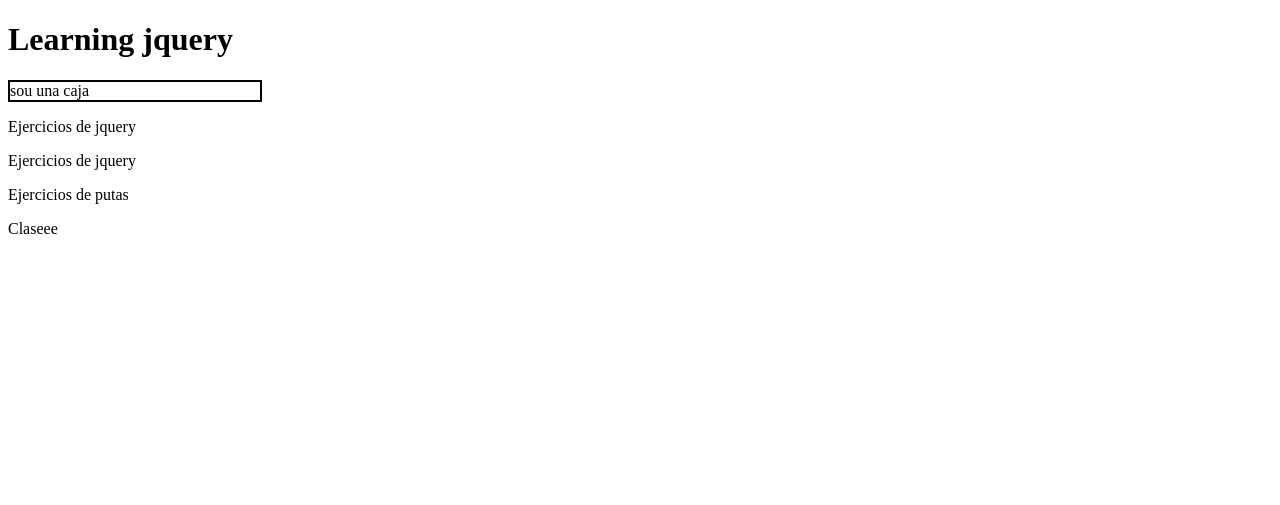
Repository: gitmadacode/practica_javascript
Page: Inicio/jquery/eventos.html
These files come from the project's save history. The page is drawn as it stood at one moment and after the next save; the edit follows.
The browser window is 1280 px wide. The pictures show the whole page.

Above is the page before, as saved 2019-09-13 20:27:48.

### Inicio/jquery/eventos.html
<!DOCTYPE html>
<html lang="en">
<head>
    <meta charset="UTF-8">
    <meta name="viewport" content="width=device-width, initial-scale=1.0">
    <meta http-equiv="X-UA-Compatible" content="ie=edge">
    <!--<script src="https://ajax.googleapis.com/ajax/libs/jquery/3.4.1/jquery.min.js"></script>--->
    <script type="text/javascript" src="../js/jquery.min.js"></script>
    <script type="text/javascript" src="../js/eventos.js"></script>
    <style>
    #caja{
        width: 250px;
        heigth: 250px;
        border: 2px solid black;

    }


    </style>
    <title>jquery</title>
    <h1>Learning jquery</h1>
    <div id="caja">
        sou una caja
    </div>
    <p id="rojo" class="zebra">Ejercicios de jquery</p>
    <p id="amarillo" class="zebra">Ejercicios de jquery</p>
    <p class="zebra">Ejercicios de putas</p>
    <p>Claseee</p>
</head>
<body>

</body>
</html>

### Inicio/js/eventos.js
//Eventos del raton

var boton = document.querySelector("#boton");

Loaded but not shown: Inicio/js/jquery.min.js (library)

After the next save:
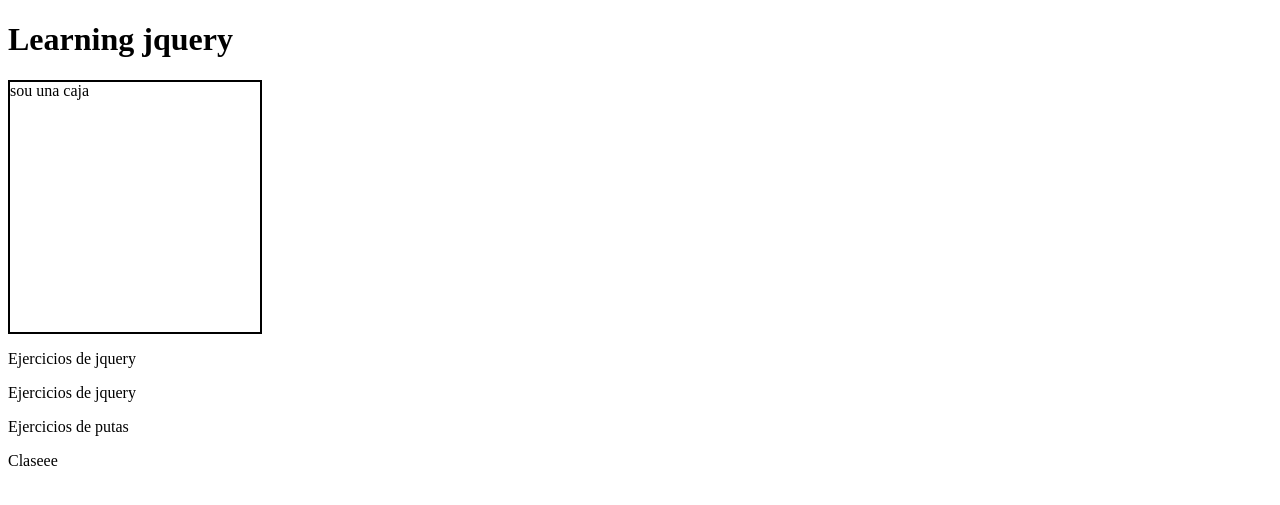
Saved 5 s later.
--- a/Inicio/jquery/eventos.html
+++ b/Inicio/jquery/eventos.html
@@ -10,7 +10,7 @@
     <style>
     #caja{
         width: 250px;
-        heigth: 250px;
+        height: 250px;
         border: 2px solid black;
 
     }
